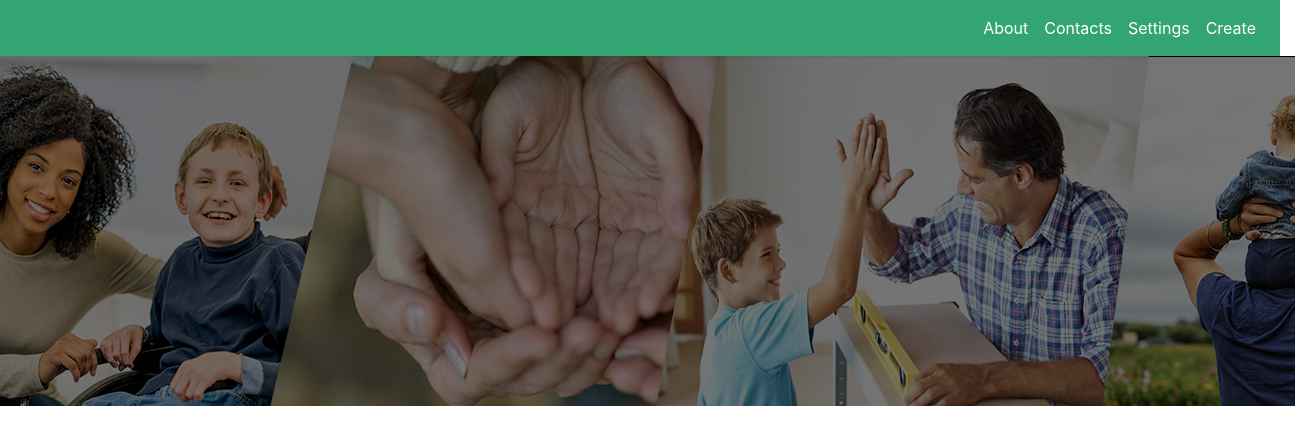
Repository: abduvali-aminov/fond
Page: http://localhost/main
These files come from the project's save history. The page is drawn as it stood at one moment and after a run of saves; the edit follows.
The browser window is 1280 px wide. The page is 1295 px wide, then 1280 px, so the pictures cover 1295 px, including what lies to the right of the window. The pictures show the whole page.
The page is served by the project's Laravel application, run on PHP 8.4 with Laravel 8. Other server files are loaded and not shown.

Above is the page before, as saved 2021-01-18 12:01:47.

### routes/web.php
<?php

use App\Http\Controllers\AppliesController;
use App\Http\Controllers\MainController;
use Illuminate\Support\Facades\Route;

/*
|--------------------------------------------------------------------------
| Web Routes
|--------------------------------------------------------------------------
|
| Here is where you can register web routes for your application. These
| routes are loaded by the RouteServiceProvider within a group which
| contains the "web" middleware group. Now create something great!
|
*/

Route::get('/', function () {
    return view('welcome');
});

Route::get('/apply', [AppliesController::class, 'index'])->name('apply');
Route::get('/apply-create', [AppliesController::class, 'create'])->name('apply-create');
Route::post('/apply-store', [AppliesController::class, 'store'])->name('apply-store');
Route::get('/main', [MainController::class, 'index'])->name('main');

### app/Http/Controllers/MainController.php
<?php

namespace App\Http\Controllers;

use Illuminate\Http\Request;

class MainController extends Controller
{
    public function index()
    {
        return view('main.index');
    }
}

### resources/views/main/index.blade.php
@extends('main.main')
@section('content')

    <div class="row" style="height: 350px;background-image:url('{{ asset('images/photo_3.jpg') }}');position:relative">

    </div>

@endsection

### resources/views/main/main.blade.php
<!DOCTYPE html>
<html lang="en">
<head>
    <meta charset="UTF-8">
    <meta name="viewport" content="width=device-width, initial-scale=1.0">
    <meta http-equiv="X-UA-Compatible" content="ie=edge">
    <title>Document</title>

    <!-- Including the bootstrap CDN -->
    <link rel="stylesheet" href=
    "https://maxcdn.bootstrapcdn.com/bootstrap/4.4.1/css/bootstrap.min.css">
        <link rel="stylesheet" href="https://cdnjs.cloudflare.com/ajax/libs/font-awesome/4.7.0/css/font-awesome.min.css">
        <style>
            #navbar {
                /*margin-top: 20px;*/
                -webkit-text-fill-color: white;
                background-color: #32a573;
                /*position:fixed;*/
                /*top:0;*/
            }
            #section {
                background-image: url("images/photo_3.jpg");
                background-repeat: no-repeat !important;
            }
        </style>
</head>

<body>

    <!-- Creating a navigation bar using the
            .navbar class of bootstrap -->
    <nav class="navbar navbar-expand-sm  " id="navbar">
        <ul class="navbar-nav ml-auto">
            <li class="nav-item">
                <a class="nav-link" href="#">
                    About
                </a>
            </li>
            <li class="nav-item">
                <a class="nav-link" href="#">
                    Contacts
                </a>
            </li>
            <li class="nav-item">
                <a class="nav-link" href="#">
                    Settings
                </a>
            </li>
            <li class="nav-item">
                <a class="nav-link" href="{{ route('apply-create') }}">
                    Create
                </a>
            </li>
        </ul>
    </nav>
</body>

</html>
    @yield('content')



    <!-- JS, Popper.js, and jQuery -->
    <script src="https://code.jquery.com/jquery-3.5.1.slim.min.js" integrity="sha384-DfXdz2htPH0lsSSs5nCTpuj/zy4C+OGpamoFVy38MVBnE+IbbVYUew+OrCXaRkfj" crossorigin="anonymous"></script>
    <script src="https://cdn.jsdelivr.net/npm/popper.js@1.16.1/dist/umd/popper.min.js" integrity="sha384-9/reFTGAW83EW2RDu2S0VKaIzap3H66lZH81PoYlFhbGU+6BZp6G7niu735Sk7lN" crossorigin="anonymous"></script>
    <script src="https://stackpath.bootstrapcdn.com/bootstrap/4.5.2/js/bootstrap.min.js" integrity="sha384-B4gt1jrGC7Jh4AgTPSdUtOBvfO8shuf57BaghqFfPlYxofvL8/KUEfYiJOMMV+rV" crossorigin="anonymous"></script>

</html>

Loaded but not shown: app/Http/Controllers/Controller.php (common file)

After the next 2 saves:
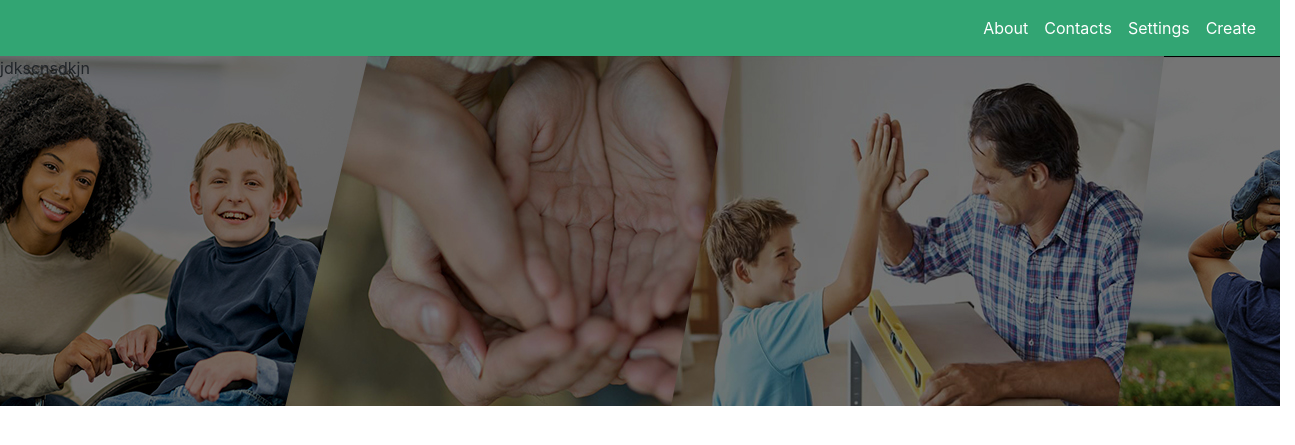
The 2 saves are shown as one change because they came seconds apart.
The last was saved 54 s later.
--- a/resources/views/main/index.blade.php
+++ b/resources/views/main/index.blade.php
@@ -1,8 +1,8 @@
 @extends('main.main')
 @section('content')
 
-    <div class="row" style="height: 350px;background-image:url('{{ asset('images/photo_3.jpg') }}');position:relative">
-
+    <div  style="height: 350px;background-image:url('{{ asset('images/photo_3.jpg') }}');position:relative">
+            jdkscnsdkjn
     </div>
 
 @endsection
